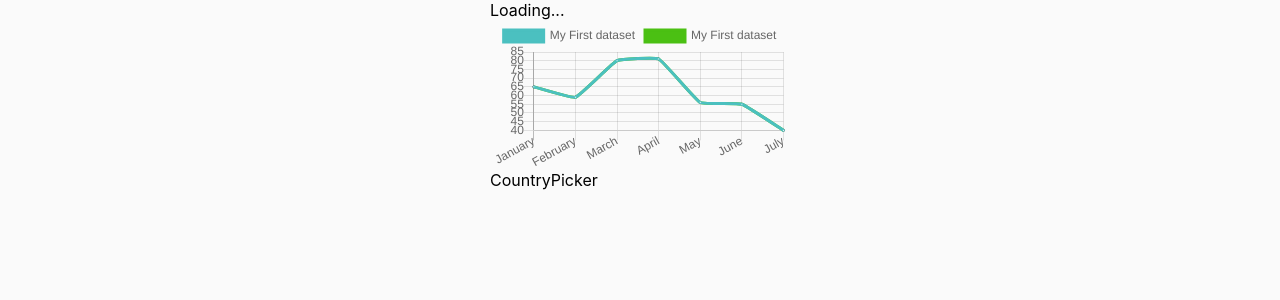
Repository: ranausama48/covid-tracker
Page: /
These files come from the project's save history. The page is drawn as it stood at one moment and after the next save; the edit follows.
The browser window is 1280 px wide. The pictures show the whole page.
The page's requests for data from a server got no answer. The project was rebuilt for these pictures with package versions that can differ from the ones it lists, and the page was loaded fresh each time. No one was signed in, and anything a server would have sent is missing. Also part of the build but not shown: src/components/Cards/Cards.jsx.

Above is the page before, as saved 2020-07-05 19:17:21.

After the next save:
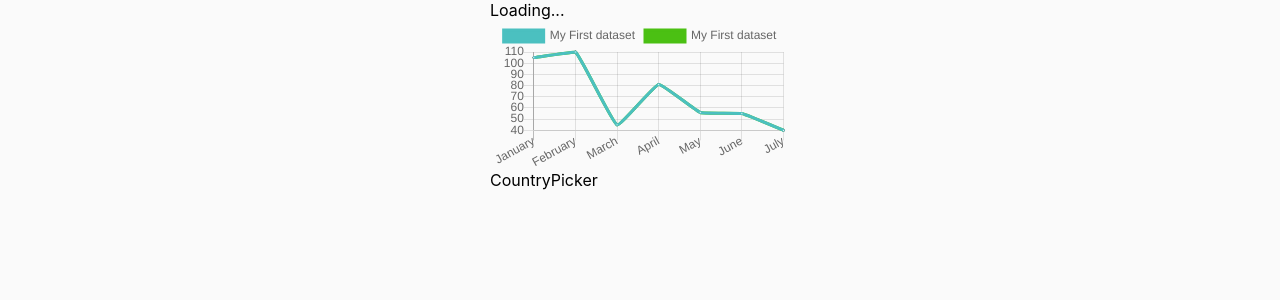
Saved 52 s later.
--- a/src/components/Charts/Charts.jsx
+++ b/src/components/Charts/Charts.jsx
@@ -23,7 +23,7 @@ const data = {
       pointHoverBorderWidth: 2,
       pointRadius: 1,
       pointHitRadius: 10,
-      data: [65, 59, 80, 81, 56, 55, 40],
+      data: [105, 110, 45, 81, 56, 55, 40],
     },
     {
       label: "My First dataset",
